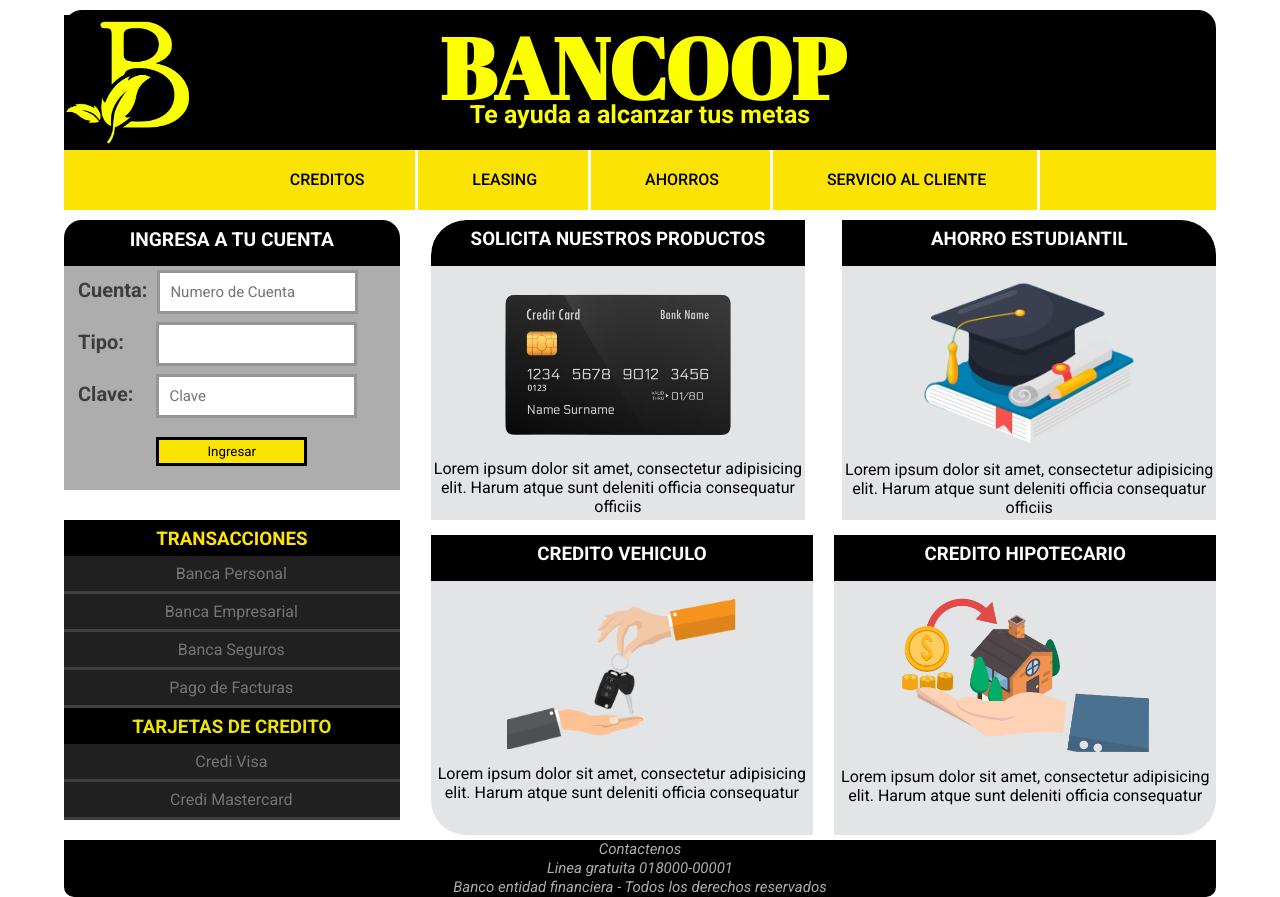
Repository: NickArregoces/BANCOOP
Page: Index.html
These files come from the project's save history. The page is drawn as it stood at one moment and after a run of saves; the edit follows.
The browser window is 1280 px wide. The pictures show the whole page.

Above is the page before, as saved 2021-10-15 14:23:05.

### Index.html
<!DOCTYPE html>
<html lang="en">
<head>
    <meta charset="UTF-8">
    <meta http-equiv="X-UA-Compatible" content="IE=edge">
    <meta name="viewport" content="width=device-width, initial-scale=1.0">
    <title>BANCOOP Home</title>
    <bgsound src="musica.mid"></bgsound>
    <link rel="stylesheet" href="/CSS/Style.css">
    <link href="https://fonts.googleapis.com/css2?family=Roboto:ital,wght@0,100;0,300;0,400;0,500;0,700;0,900;1,100;1,300;1,400;1,500;1,700;1,900&display=swap" rel="stylesheet">
    <link rel="preconnect" href="https://fonts.googleapis.com">
    <link rel="preconnect" href="https://fonts.gstatic.com" crossorigin>
    <link href="https://fonts.googleapis.com/css2?family=Abril+Fatface&display=swap" rel="stylesheet">

</head>
<body>
    <header>
            <div class="image">
                <img src="/Images/logo1.png" alt="logo">
            </div>
            <div class="title" >
                <h1>BANCOOP</h1>
                <h3>Te ayuda a alcanzar tus metas</h3>
            </div>

    </header>

    <nav class="barra"></nav>

            <div class="navegador">
                <ul class="menu">
                    <li><a href="/Creditos.html">Creditos</a></li>
                    <li><a href="/Leasing.html">leasing</a></li>
                    <li><a href="/Ahorros.html">Ahorros</a></li>
                    <li><a href="/Servicio.html">Servicio al cliente</a></li>
                </ul>
            </div>


            <div class="section">
                <form action="" class="login">
                    <h3 style="color: rgb(255, 255, 255);">INGRESA A TU CUENTA</h3>
                        <div class="cuenta">
                            <h4>Cuenta:<input type="number" placeholder="Numero de Cuenta" required></h4>
                        </div>

                        <div class="tipo">
                            <h4>Tipo:<input type="text" required></h4>
                        </div>

                        <div class="clave">
                            <h4>Clave:<input type="password" placeholder="Clave" required></h4>
                        </div>
                    <div class="center">
                        <button class="sumbit"> Ingresar </button>
                    </div>
                </form>

                <article class="opciones">
                    <h3 style="color: rgb(255, 230, 0);">TRANSACCIONES</h3>
                <ul>
                    <li><a href="#">Banca Personal</a></li>
                    <li><a href="#">Banca Empresarial</a></li>
                    <li><a href="#">Banca Seguros</a></li>
                    <li><a href="#">Pago de Facturas</a></li>
                </ul>
                    <h3 style="color: rgb(238, 230, 0);">TARJETAS DE CREDITO</h3>
                <ul>
                    <li><a href="#">Credi Visa</a></li>
                    <li><a href="#">Credi Mastercard</a></li>
                </ul>
                </article>
            </div>
            <div class="Contenido">
            <aside>
                    <div class="solicita">
                        <h3 style="color: rgb(255, 255, 255);">SOLICITA NUESTROS PRODUCTOS</h3>

                        <div id="Prueba">
                        <img id="Prubea" src="/Images/credit.png" alt="">
                        </div>

                        <p>Lorem ipsum dolor sit amet, consectetur adipisicing elit.
                            Harum atque sunt deleniti officia consequatur officiis</p>
                    </div>

                    <div class="ahorro">
                        <h3 style="color: rgb(255, 255, 255);">AHORRO ESTUDIANTIL</h3>

                        <div id="Prueba">
                        <img id="Prubea" src="/Images/Captura de pantalla 2021-10-04 181948.png" alt="">
                        </div>

                        <p>Lorem ipsum dolor sit amet, consectetur adipisicing elit.
                            Harum atque sunt deleniti officia consequatur officiis</p>
                    </div>

                    <div class="credito">
                        <h3 style="color: rgb(255, 255, 255);">CREDITO VEHICULO</h3>

                        <div id="Prueba">
                        <img id="Prubea" src="/Images/Captura de pantalla 2021-10-04 192824.png" alt="">
                        </div>

                        <p>Lorem ipsum dolor sit amet, consectetur adipisicing elit.
                            Harum atque sunt deleniti officia consequatur</p>
                    </div>
                    <div class="hipotecario">
                        <h3 style="color: rgb(255, 255, 255);">CREDITO HIPOTECARIO</h3>

                        <div id="Prueba">
                        <img id="Prubea" src="/Images/Wallpaper(80).jpg" alt="">
                        </div>

                        <p>Lorem ipsum dolor sit amet, consectetur adipisicing elit.
                            Harum atque sunt deleniti officia consequatur </p>
                    </div>
            </aside>
            </div>
            <footer>
                    <p>Contactenos</p>
                    <p>Linea gratuita 018000-00001</p>
                    <p>Banco entidad financiera
                    - Todos los derechos reservados</p>
            </footer>

        </div>

</body>
</html>

### CSS/Style.css

*{
    margin: 0 auto;
    padding: 0;
    list-style:none;
    font-family: 'Roboto', sans-serif;
}
body{
    background: rgb(255, 255, 255);
    width: 90%;
    color: rgb(0, 0, 0);
}
header{
    margin-top: 10px;
    background:rgb(0, 0, 0);
    border-top-left-radius:  18px;
    border-top-right-radius:  18px;
    height: 120px;
}
    /*Logo*/
    .image img{
        float: left;
        width: 130px;
        cursor: pointer;
        margin-top: 5px;
    }
    .title h1{
        width: 400px;
        height: 90px;
        font-family: 'Abril Fatface', cursive;
        font-size: 85px;
        color: rgb(251, 255, 0);
    }
    .title h3{
        width: 400px;
        font-size: 25px;
        text-align: center;
        color: rgb(251, 255, 0);
    }

nav.barra{
    background: rgb(0, 0, 0);
    height: 20px;
}
div.navegador{
    background: rgb(251, 227, 3);
    justify-content: space-around;
    align-items: center;
    display:flex
}
    ul.menu{
        border-bottom-left-radius: 20px 20px;
        border-bottom-right-radius: 20px 20px;
        background: rgb(251, 227, 3);
        height: 60%;
        list-style: none;
        padding: 0;
    }
    .menu a{
        height: 20px;
        font-size: 100%;
        font-weight: 500;
        margin-right: 1px;
        text-transform: uppercase;
        text-decoration: none;
        color:black;
        padding: 20px;
        display: inline-block;
        transition: all 0.3s;
    }
    .menu li {
        border-right: solid white;
        display: inline-block;
        padding: 0px 30px;
        list-style: none;

        }
    .menu a:hover{
        background: #8d8405b6;
        color: white;
        border-radius: 10px;
        padding: 10px 18px;
        }

.section{
    width: 30%;
    float: left;
    display: flex;
    flex-flow: row wrap;
}
    /*Formulario Login*/
    form{
        background: rgb(173, 173, 173);
        border-top-left-radius: 18px;
        border-top-right-radius: 18px;
        margin-top: 10px;
        margin-right:10px;
        margin-bottom: 10px;
        width: 100%;
        height: 270px;
    }
        form h3{
            font-size: 120%;
            text-align: center;
            background: black;
            height: 30px;
            padding: 8px;
            border-top-left-radius: 18px;
            border-top-right-radius: 18px;
        }
        form h4{
            font-size: 20px;
            padding: 4px;
            margin-left: 10px;
            color: rgb(61, 61, 61);
        }
        form input{
            font-size: 15px;
            width: 55%;
            padding: 10px;
            display: inline;
            border: solid rgb(149, 149, 149);
            margin-left: 10px;
        }
        div.clave input {
            margin-left: 23px;
        }
        div.tipo input {
            margin-left: 32px;
        }
        div.center{
            margin-top: 10px;
            margin: auto;
            text-align: center;
            width: 50%;
            cursor: pointer;
        }
        button{
            margin-top: 15px;
            width: 90%;
            padding: 4px;
            background: rgb(251, 227, 3);
            border: solid black;
            cursor: pointer;
        }
        button:hover{
            background: #000000;
            color: rgb(251, 227, 3);
            border-radius: 8px;
        }
    /*Menu lateral*/
    article {
        width: 100%;
        height: 300px;
        background: rgb(32, 32, 32);
        margin-top: 20px;
        margin-right:10px;
        margin-bottom: 10px;
    }
        article h3{
            text-align: center;
            padding: 8px;
            height: 20px;
            background: black;
        }
        .opciones li a{
            font-size: 16px;
            margin-right: 1px;
            text-align: center;
            text-decoration: none;
            color:rgb(117, 117, 117);
            padding: 8px;
            display: inline-block;
        }
        .opciones li {
            border-bottom: solid rgba(68, 68, 68, 0.897);
            text-align: center;
            display:inline-flexbox;
            }
        .opciones li a:hover{
            background: #242323b6;
            color: rgb(251, 227, 3);
            padding: 10px;
            }

    /*Servicios*/

aside{
    width: 69%;
    height: 610px;
    margin-top: 10px;
    float: right;
    margin-bottom: 10px;

}
    div.solicita{
        width: 47%;
        height: 300px;
        float: left;
        border-top-left-radius: 35px;
        margin-left: 10px;
        background: #e3e4e5;
        text-align:center;
        overflow:hidden;
    }
    /*Centrado Imagenes aside*/
    #Prueba{
        display: flex;
        align-items: center;
        justify-content: center;
    }
        div.solicita img {
            width: 65%;
            margin-top: 15px;
            margin-bottom: 15px;
            cursor:pointer;
        }
        /*Efecto Imagenes aside*/
        aside img:hover{
            -webkit-transform:scale(1.1);
            transform:scale(1.1);
        }
        div.solicita h3{
            text-align: center;
            background: black;
            height: 30px;
            padding: 8px;
            border-top-left-radius: 35px;
        }
        div.solicita p{
            display: inline-block;
            text-align: center;
        }

    div.ahorro {
        width: 47%;
        height: 300px;
        float: right;
        border-top-right-radius: 35px;
        margin-left: 10px;
        background: #e3e4e5;
    }
        div.ahorro img {
            width: 57%;
            margin-top: 15px;
            margin-bottom: 15px;
            cursor:pointer;
        }
        div.ahorro h3{
            text-align: center;
            background: black;
            height: 30px;
            padding: 8px;
            border-top-right-radius: 35px;
        }
        div.ahorro p{
            display: inline-block;
            text-align: center;
        }

    div.credito {
        width: 48%;
        height: 300px;
        float: left;
        margin-top: 15px;
        border-bottom-left-radius: 35px;
        margin-left: 10px;
        background: #e3e4e5;
    }
        div.credito img {
            width: 60%;
            margin-top: 15px;
            margin-bottom: 15px;
            cursor:pointer;
        }
        div.credito h3{
            text-align: center;
            background: black;
            height: 30px;
            padding: 8px;
        }
        div.credito p{
            display: inline-block;
            text-align: center;
        }

    div.hipotecario {
        width: 48%;
        height: 300px;
        float: right;
        border-top-right-radius: 35px;
        border-bottom-right-radius: 35px;
        margin-top: 15px;
        background: #e3e4e5;
        }
            div.hipotecario img {
                width: 65%;
                margin-top: 15px;
                margin-bottom: 15px;
                cursor:pointer;
            }
            div.hipotecario h3{
                text-align: center;
                background: black;
                height: 30px;
                padding: 8px;
            }
            div.hipotecario p{
                display: inline-block;
                text-align: center;
            }

    /*Pie de Pagina*/
footer{
    background: black;
    clear: both;
    border-bottom-left-radius: 10px;
    border-bottom-right-radius: 10px;
}
    footer p{
        font-size: 15px;
        text-align: center;
        line-height: 15px;
        color: rgb(175, 174, 174);
        font-style:italic;
        padding: 2px;
    }

After the next 3 saves:
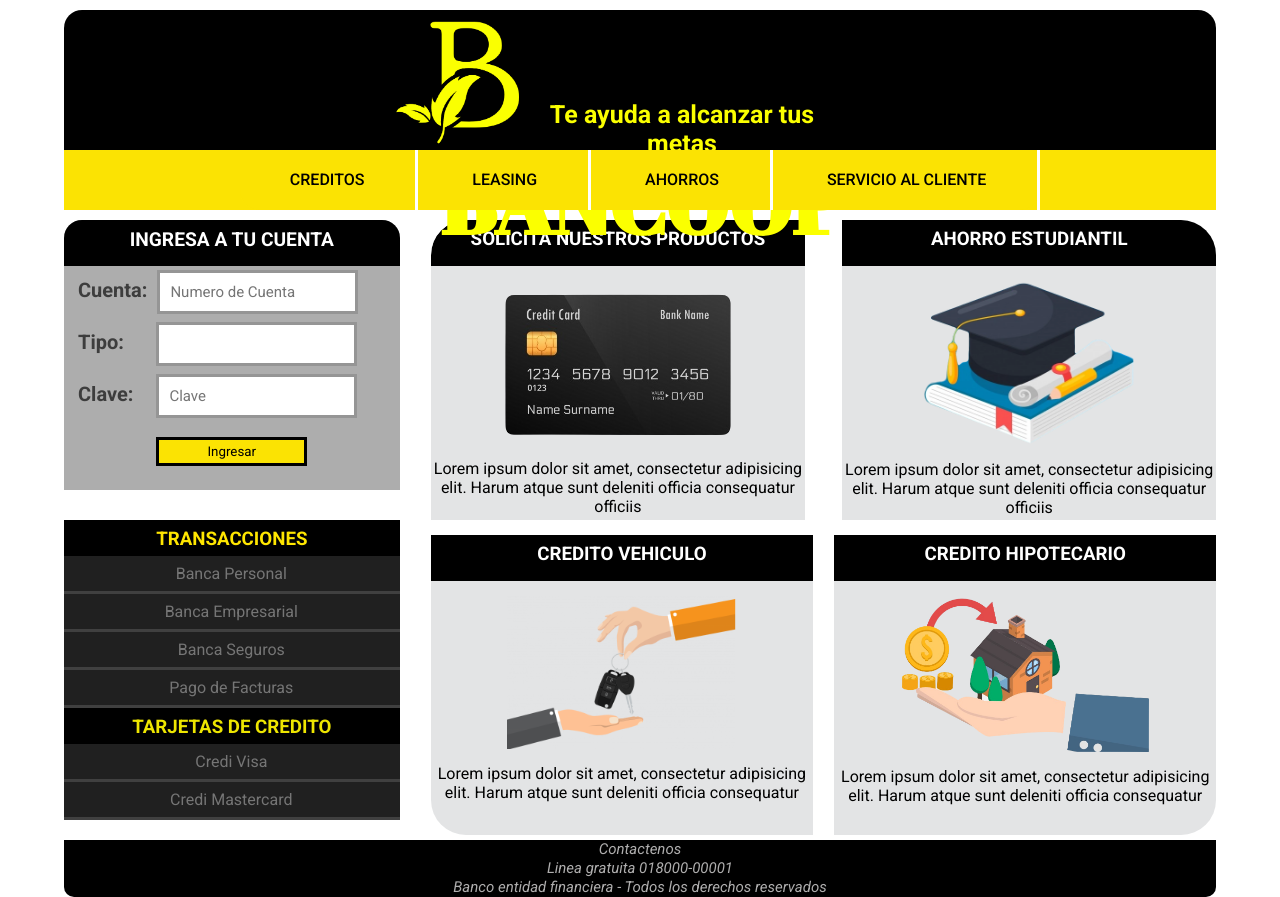
The 3 saves are shown as one change because they came seconds apart.
The last was saved 16 s later.
--- a/CSS/Style.css
+++ b/CSS/Style.css
@@ -21,8 +21,9 @@ header{
     .image img{
         float: left;
         width: 130px;
+        margin-left: 330px;
+        margin-top: 5px;
         cursor: pointer;
-        margin-top: 5px;
     }
     .title h1{
         width: 400px;
